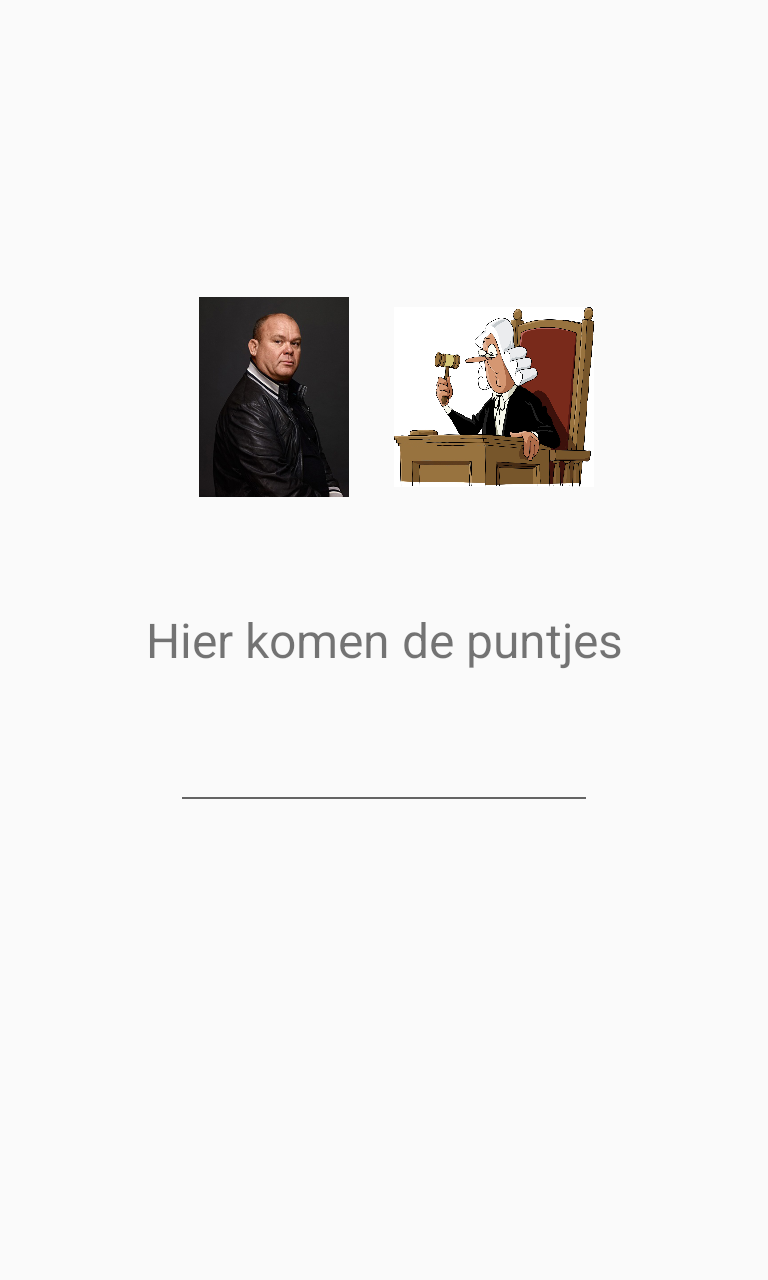
Repository: Sjaakja/hangman_app_studio
Layout: workspace/Hangman-TimeToSaveYourFriends/res/layout/activity_play.xml
An editor plug-in stored every save of this project. The layout is shown before and after the next save, followed by the edit.
It is drawn on a 768 x 1280 px phone screen (xhdpi) without system bars, with theme AppTheme; the app's code is not run.

Above is the layout before, as saved 2014-06-14 10:24:45.

After the next save:
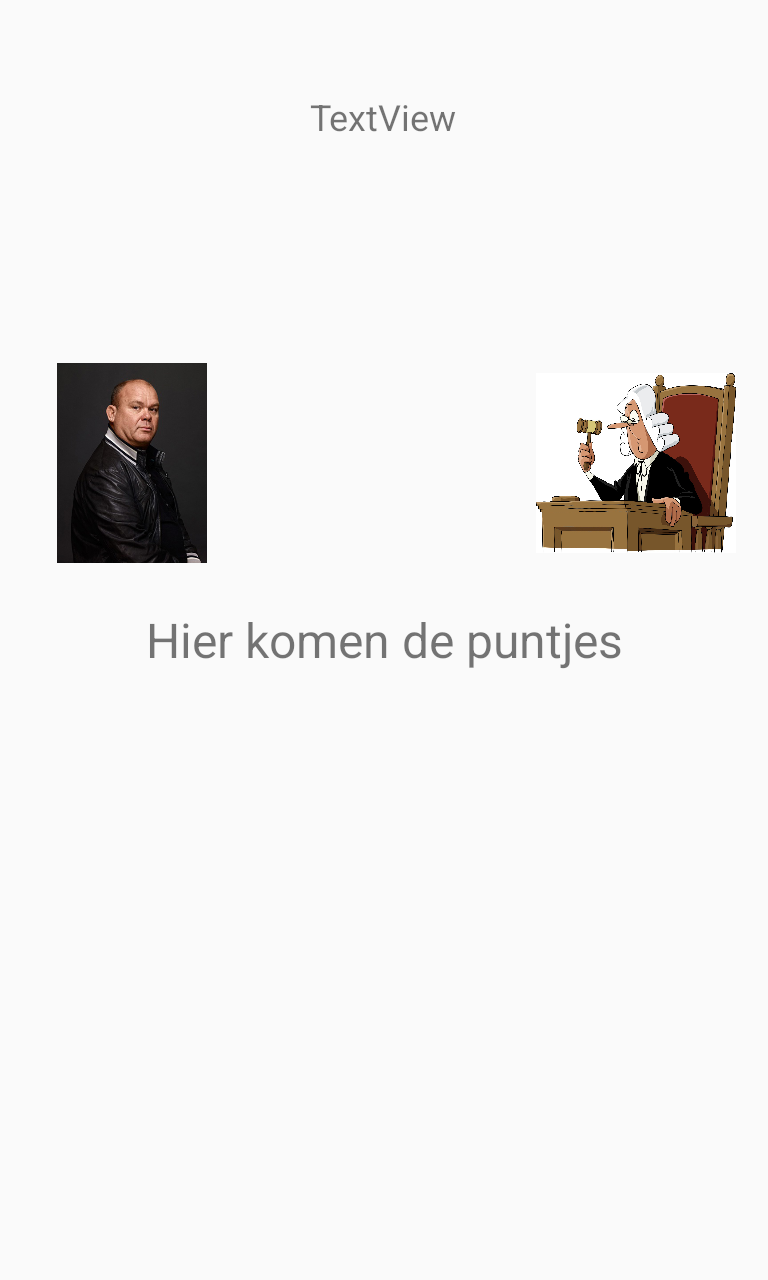
Saved 6 min 45 s later.
--- a/workspace/Hangman-TimeToSaveYourFriends/res/layout/activity_play.xml
+++ b/workspace/Hangman-TimeToSaveYourFriends/res/layout/activity_play.xml
@@ -6,44 +6,43 @@
     android:paddingLeft="@dimen/activity_horizontal_margin"
     android:paddingRight="@dimen/activity_horizontal_margin"
     android:paddingTop="@dimen/activity_vertical_margin"
-    android:windowSoftInputMode="stateAlwaysVisible"
     tools:context="com.example.hangman_timetosaveyourfriends.Play$PlaceholderFragment" >
 
-    <EditText
-        android:id="@+id/editText1"
-        android:layout_width="wrap_content"
+    <TextView
+        android:id="@+id/textView1"
+        android:layout_width="match_parent"
         android:layout_height="wrap_content"
-        android:layout_below="@+id/textView1"
         android:layout_centerHorizontal="true"
-        android:layout_marginTop="30dp"
-        android:ems="10"
-        android:maxLength="1" />
+        android:layout_centerVertical="true"
+        android:gravity="center"
+        android:text="@string/text_test"
+        android:textSize="24sp" />
+
+    <ImageView
+        android:id="@+id/imageView2"
+        android:layout_width="100dp"
+        android:layout_height="100dp"
+        android:layout_alignRight="@+id/textView1"
+        android:layout_alignTop="@+id/imageView1"
+        android:src="@drawable/judge" />
 
     <ImageView
         android:id="@+id/imageView1"
         android:layout_width="100dp"
         android:layout_height="100dp"
         android:layout_above="@+id/textView1"
-        android:layout_alignLeft="@+id/editText1"
-        android:layout_marginBottom="55dp"
+        android:layout_alignLeft="@+id/textView1"
+        android:layout_marginBottom="22dp"
         android:src="@drawable/default_paul" />
 
-    <ImageView
-        android:id="@+id/imageView2"
-        android:layout_width="100dp"
-        android:layout_height="100dp"
-        android:layout_alignRight="@+id/editText1"
-        android:layout_alignTop="@+id/imageView1"
-        android:src="@drawable/judge" />
-
     <TextView
-        android:id="@+id/textView1"
-        android:layout_width="match_parent"
+        android:id="@+id/textView2"
+        android:layout_width="wrap_content"
         android:layout_height="wrap_content"
-        android:gravity="center"
-        android:layout_alignParentRight="true"
-        android:layout_centerVertical="true"
-        android:textSize="24sp"
-        android:text="@string/text_test" />
+        android:layout_alignParentTop="true"
+        android:layout_centerHorizontal="true"
+        android:layout_marginTop="30dp"
+        android:textSize="18sp"
+        android:text="TextView" />
 
 </RelativeLayout>
